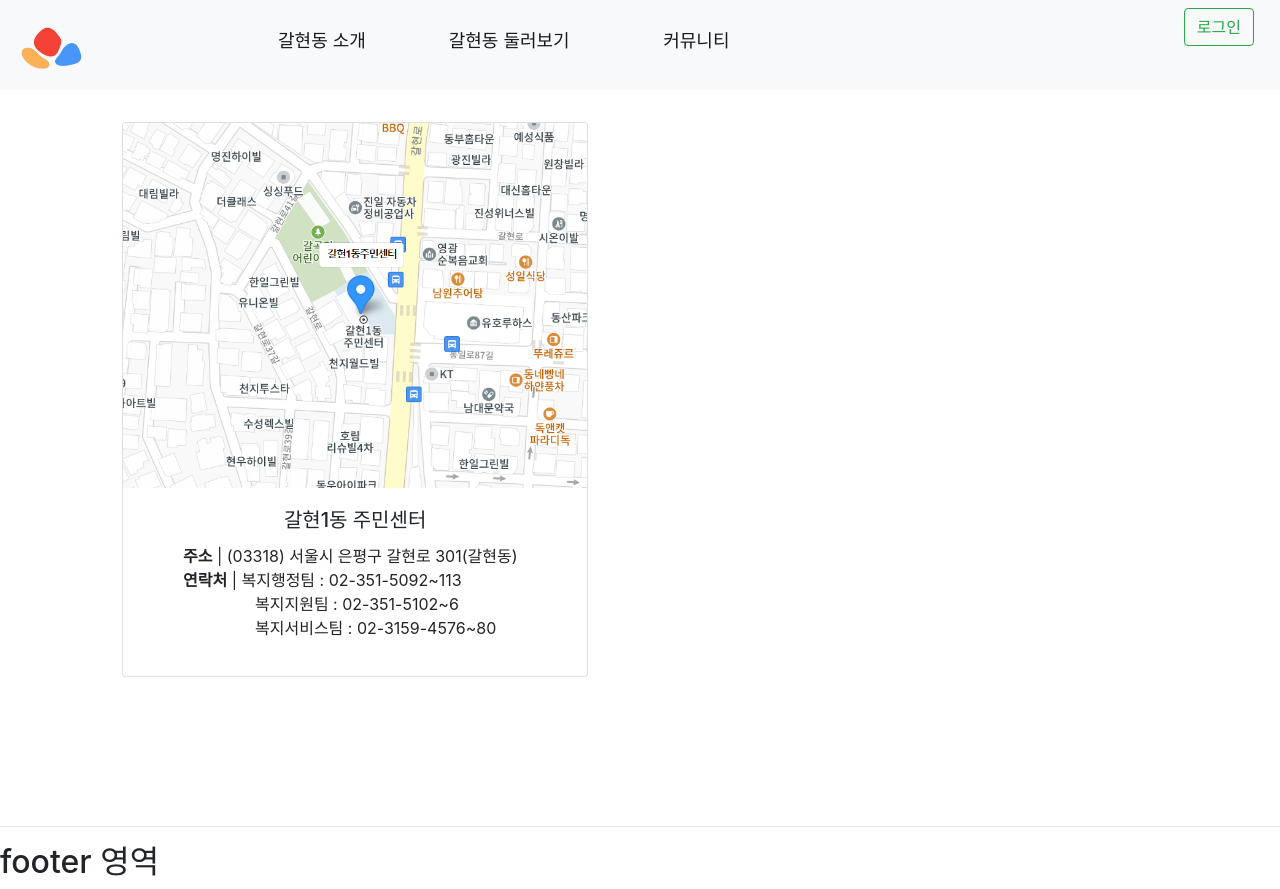
Repository: rnjsmj/pro01
Page: http://localhost/pro01/intro/map.jsp
The author's editor kept a copy of each file at every save. The page is drawn from the files as they stood at one save, then again after the next save.
The browser window is 1280 px wide. The pictures show the whole page.
The page is served by Tomcat 9. Nobody is signed in. The application's start-up code is not run. The template is opened directly, without the code that normally fills it, so the values that code supplies are empty.

Above is the page before, as saved 2024-04-14 16:17:10.

After the next save:
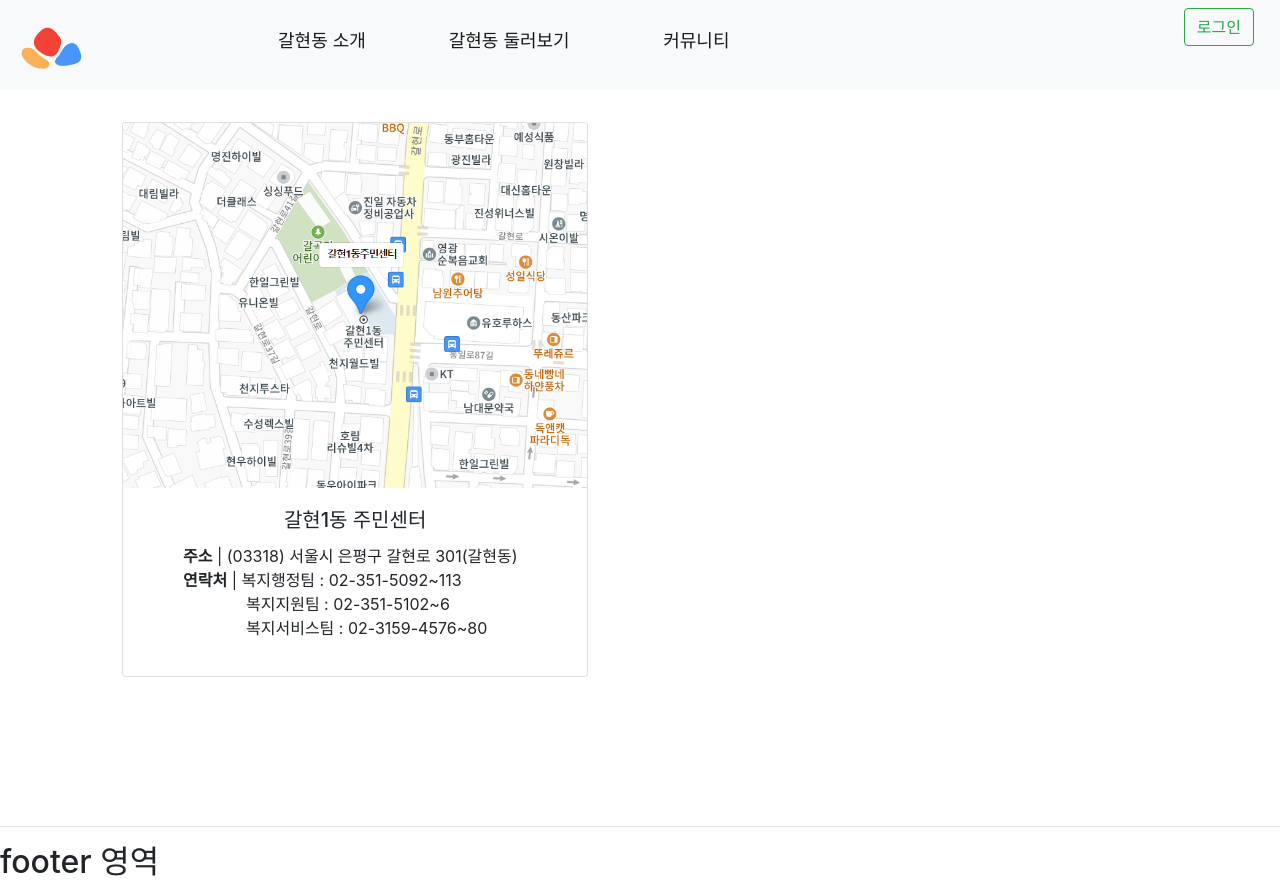
Saved 8 s later.
--- a/pro01/WebContent/intro/map.jsp
+++ b/pro01/WebContent/intro/map.jsp
@@ -77,8 +77,8 @@
 							</li>
 							<li class="box_item contect">
 								<span class="box_subject">연락처  </span>
-								<span class="box_text">   |  복지행정팀 : 02-351-5092~113</span><br>&nbsp;&nbsp;&nbsp;&nbsp;&nbsp;&nbsp;&nbsp;&nbsp;&nbsp;&nbsp;&nbsp;&nbsp;&nbsp;&nbsp;&nbsp;
-								<span class="box_text">복지지원팀 : 02-351-5102~6</span><br>&nbsp;&nbsp;&nbsp;&nbsp;&nbsp;&nbsp;&nbsp;&nbsp;&nbsp;&nbsp;&nbsp;&nbsp;&nbsp;&nbsp;&nbsp;
+								<span class="box_text">   |  복지행정팀 : 02-351-5092~113</span><br>&nbsp;&nbsp;&nbsp;&nbsp;&nbsp;&nbsp;&nbsp;&nbsp;&nbsp;&nbsp;&nbsp;&nbsp;&nbsp;
+								<span class="box_text">복지지원팀 : 02-351-5102~6</span><br>&nbsp;&nbsp;&nbsp;&nbsp;&nbsp;&nbsp;&nbsp;&nbsp;&nbsp;&nbsp;&nbsp;&nbsp;&nbsp;
 								<span class="box_text">복지서비스팀 : 02-3159-4576~80</span>
 
 							</li>
